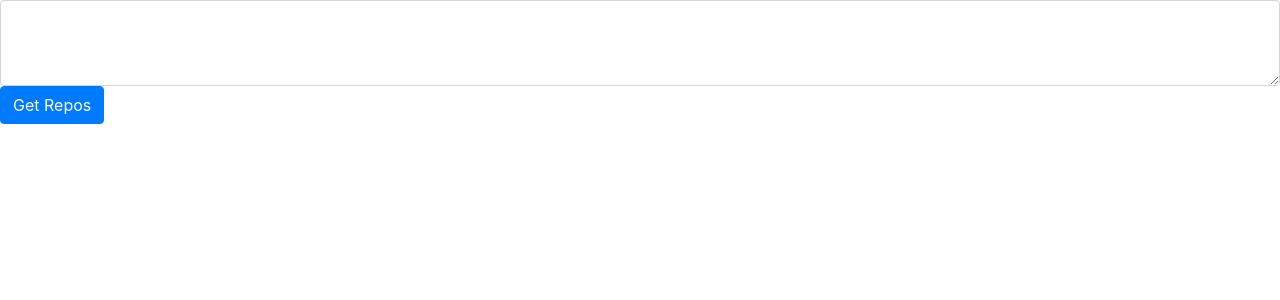
Repository: rashmikagamage/OAuth-Implementation
Page: / (app in frontend/)
The author's editor kept a copy of each file at every save. The page is drawn from the files as they stood at one save, then again after the next save.
The browser window is 1280 px wide. The pictures show the whole page.
Some web libraries are served in a nearby version. The project was rebuilt for these pictures with package versions that can differ from the ones it lists, and the page was loaded fresh each time. Also part of the build but not shown: frontend/src/components/login.js, frontend/src/components/git-home.js, frontend/src/App.css.

Above is the page before, as saved 2021-09-08 09:50:57.

### frontend/public/index.html
<!DOCTYPE html>
<html lang="en">
  <head>
    <meta charset="utf-8" />
    <link rel="icon" href="%PUBLIC_URL%/favicon.ico" />
    <meta name="viewport" content="width=device-width, initial-scale=1" />
    <meta name="theme-color" content="#000000" />
    <meta
      name="description"
      content="Web site created using create-react-app"
    />
    <link rel="apple-touch-icon" href="%PUBLIC_URL%/logo192.png" />
    <!--
      manifest.json provides metadata used when your web app is installed on a
      user's mobile device or desktop. See https://developers.google.com/web/fundamentals/web-app-manifest/
    -->
    <link rel="manifest" href="%PUBLIC_URL%/manifest.json" />
    <link rel="stylesheet" href="https://pro.fontawesome.com/releases/v5.13.0/css/all.css">
    <link rel="shortcut icon" href="%PUBLIC_URL%/favicon.ico">
    <!--
      Notice the use of %PUBLIC_URL% in the tags above.
      It will be replaced with the URL of the `public` folder during the build.
      Only files inside the `public` folder can be referenced from the HTML.

      Unlike "/favicon.ico" or "favicon.ico", "%PUBLIC_URL%/favicon.ico" will
      work correctly both with client-side routing and a non-root public URL.
      Learn how to configure a non-root public URL by running `npm run build`.
    -->
    <link rel="stylesheet" href="https://maxcdn.bootstrapcdn.com/bootstrap/4.0.0/css/bootstrap.min.css" integrity="sha384-Gn5384xqQ1aoWXA+058RXPxPg6fy4IWvTNh0E263XmFcJlSAwiGgFAW/dAiS6JXm" crossorigin="anonymous">
    <title>React App</title>

  </head>
  <body>

    <noscript>You need to enable JavaScript to run this app.</noscript>
    <div id="root"></div>
    <!--
      This HTML file is a template.
      If you open it directly in the browser, you will see an empty page.

      You can add webfonts, meta tags, or analytics to this file.
      The build step will place the bundled scripts into the <body> tag.

      To begin the development, run `npm start` or `yarn start`.
      To create a production bundle, use `npm run build` or `yarn build`.
    -->
    <script src="https://code.jquery.com/jquery-3.2.1.slim.min.js" integrity="sha384-KJ3o2DKtIkvYIK3UENzmM7KCkRr/rE9/Qpg6aAZGJwFDMVNA/GpGFF93hXpG5KkN" crossorigin="anonymous"></script>
    <script src="https://cdnjs.cloudflare.com/ajax/libs/popper.js/1.12.9/umd/popper.min.js" integrity="sha384-ApNbgh9B+Y1QKtv3Rn7W3mgPxhU9K/ScQsAP7hUibX39j7fakFPskvXusvfa0b4Q" crossorigin="anonymous"></script>
    <script src="https://maxcdn.bootstrapcdn.com/bootstrap/4.0.0/js/bootstrap.min.js" integrity="sha384-JZR6Spejh4U02d8jOt6vLEHfe/JQGiRRSQQxSfFWpi1MquVdAyjUar5+76PVCmYl" crossorigin="anonymous"></script>
  </body>
</html>

### frontend/src/App.js
import Login from './components/login';
import GitHome from './components/git-home';
import TwitterHome from './components/twitter-home';
import {BrowserRouter as Router, Route} from "react-router-dom";
import './App.css';

function App() {
  return (

    <Router>{
      <div>
          <switch>
              <Route path="/login" component={Login}/>
              <Route path="/auth/github/callback" component={GitHome}/>
              <Route path="/" component={TwitterHome}/>
          </switch>
      </div>
  }

  </Router>
  );
}

export default App;

### frontend/src/components/twitter-home.js
import "../css/twitter.css";
import React, { useState } from "react";
const axios = require("axios").default;

function TwitterHome(props) {

    function tweet(){

    }
  return (
    <div>
         <textarea class="form-control" id="exampleFormControlTextarea1" rows="3"></textarea>
        <button type="button" class="btn btn-primary"onClick={() => tweet()} >Get Repos</button>
    </div>
  );
}

export default TwitterHome;

### frontend/src/css/twitter.css
.login{
    width: 240px;
    margin-top: 50px;
    margin-left: 450px;
}
.margin5{
    margin-top: 55px;
}
.buttonSize{
    width: 250px;
    margin-left: 50px;
}
.text{
    width: 150px;
}

Loaded but not shown: frontend/src/index.js (common file); frontend/src/index.css (common file); frontend/src/reportWebVitals.js (common file)

After the next save:
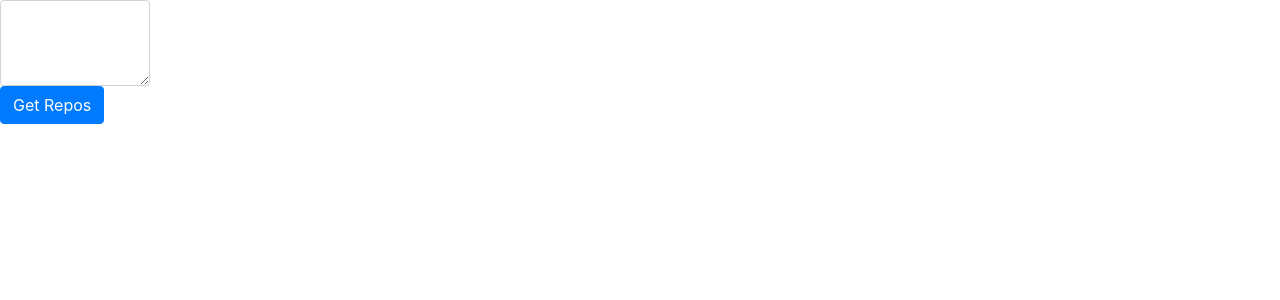
Saved 9 s later.
--- a/frontend/src/components/twitter-home.js
+++ b/frontend/src/components/twitter-home.js
@@ -9,7 +9,7 @@ function TwitterHome(props) {
     }
   return (
     <div>
-         <textarea class="form-control" id="exampleFormControlTextarea1" rows="3"></textarea>
+         <textarea class="form-control text" id="exampleFormControlTextarea1" rows="3"></textarea>
         <button type="button" class="btn btn-primary"onClick={() => tweet()} >Get Repos</button>
     </div>
   );
